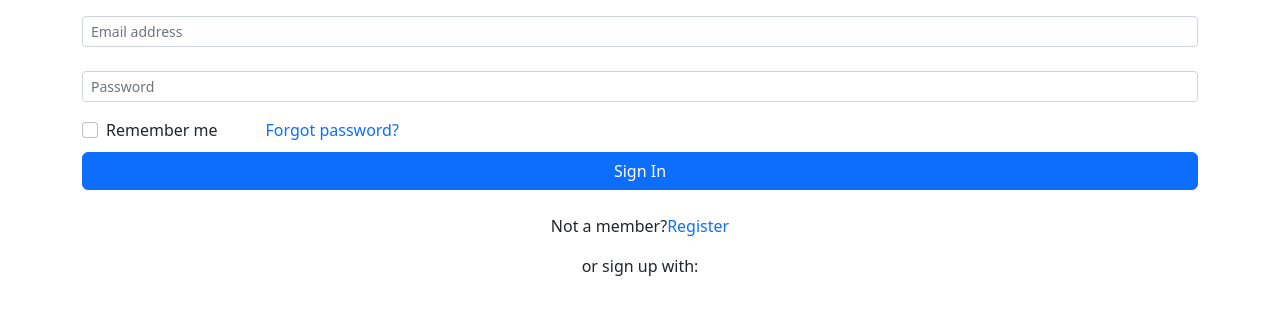
Repository: NPhanA/React2022
Page: / (app in Day 03-React/exercise/)
These files come from the project's save history. The page is drawn as it stood at one moment and after the next save; the edit follows.
The browser window is 1280 px wide. The pictures show the whole page.
The project was rebuilt for these pictures with package versions that can differ from the ones it lists, and the page was loaded fresh each time. Also part of the build but not shown: Day 03-React/exercise/src/App.css, Day 03-React/exercise/src/App.js, Day 03-React/exercise/src/Components/UserAgent.js, Day 03-React/exercise/src/Components/ProfileCard.js.

Above is the page before, as saved 2022-07-26 22:37:23.

After the next save:
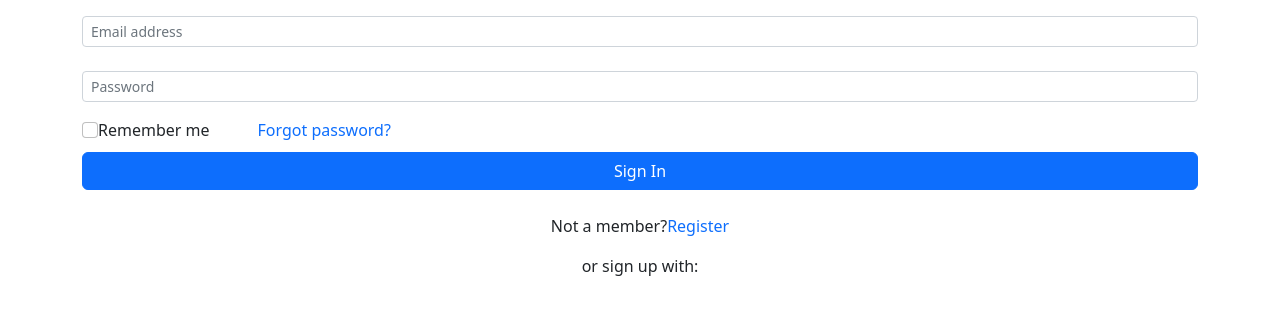
Saved 9 s later.
--- a/Day 03-React/exercise/src/Components/SignInForm.js
+++ b/Day 03-React/exercise/src/Components/SignInForm.js
@@ -8,7 +8,7 @@ function SignInForm() {
                         <input type="email" className="form-control form-control-sm mt-3 mb-4" placeholder="Email address" required></input>
                         <input type="password" className="form-control form-control-sm" placeholder="Password" required></input>
                     </div>
-                    <div class="form-check mt-3  ">
+                    <div class="form-check mt-3 d-flex  ">
                         <input className="form-check-input" type="checkbox" value="" id="flexCheckDefault"></input>
                         <label class="form-check-label" for="flexCheckDefault">
                             Remember me
